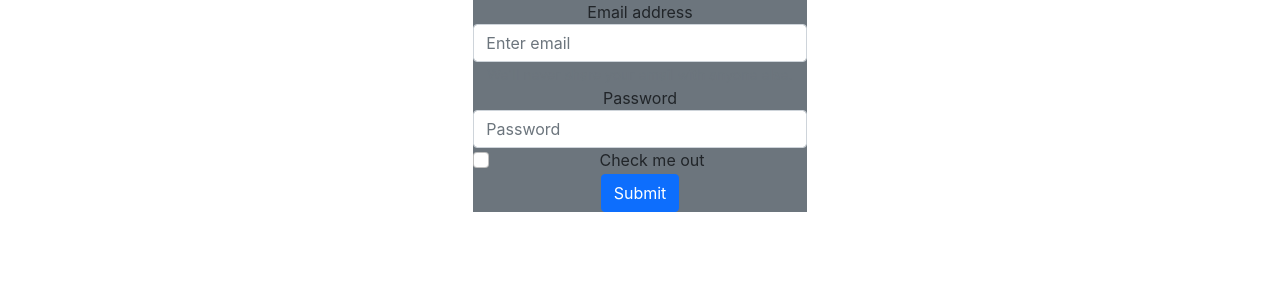
Repository: Osomhe1/bitmama2
Page: /
These files come from the project's save history. The page is drawn as it stood at one moment and after the next save; the edit follows.
The browser window is 1280 px wide. The pictures show the whole page.
The project was rebuilt for these pictures with package versions that can differ from the ones it lists, and the page was loaded fresh each time.

Above is the page before, as saved 2022-05-08 19:55:57.

### src/App.js
import './App.css';
import Login from './component/Login';

function App() {
  return (
    <div className="App">

      <Login />

    </div>
  );
}

export default App;

### src/App.css
.App {
  text-align: center;
  max-width: 1000px;
  margin: auto;
}

### src/component/Login.js
import React from 'react'

export default function Login() {
  return (
    <div className='col-sm-12 col-md-6 col-lg-4 m-5 m-auto bg-secondary'>
      <form>
        <div className='form-group'>
          <label for='exampleInputEmail1'>Email address</label>
          <input
            type='email'
            className='form-control'
            id='exampleInputEmail1'
            aria-describedby='emailHelp'
            placeholder='Enter email'
          />
          <small id='emailHelp' className='form-text text-muted'>
            We'll never share your email with anyone else.
          </small>
        </div>
        <div className='form-group'>
          <label for='exampleInputPassword1'>Password</label>
          <input
            type='password'
            className='form-control'
            id='exampleInputPassword1'
            placeholder='Password'
          />
        </div>
        <div className='form-check'>
          <input
            type='checkbox'
            className='form-check-input'
            id='exampleCheck1'
          />
          <label className='form-check-label' for='exampleCheck1'>
            Check me out
          </label>
        </div>
        <button type='submit' className='btn btn-primary'>
          Submit
        </button>
      </form>
    </div>
  )
}

Loaded but not shown: public/index.html (common file); src/index.js (common file); src/index.css (common file); src/reportWebVitals.js (common file)

After the next save:
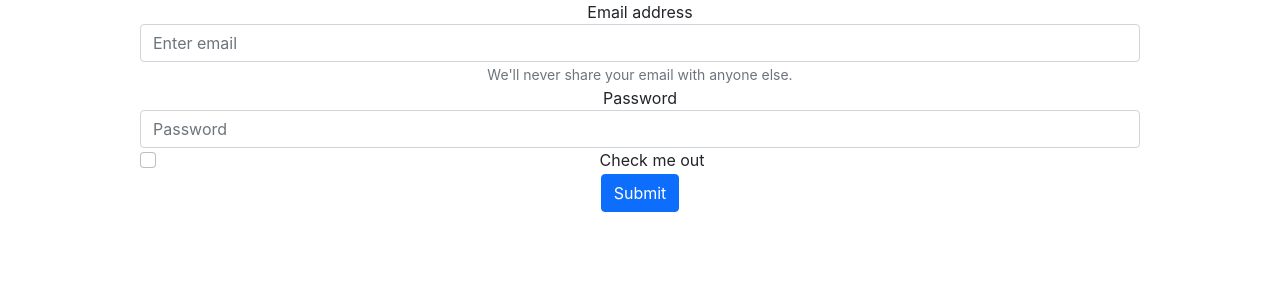
Saved 2 min 13 s later.
--- a/src/component/Login.js
+++ b/src/component/Login.js
@@ -2,7 +2,7 @@
 
 export default function Login() {
   return (
-    <div className='col-sm-12 col-md-6 col-lg-4 m-5 m-auto bg-secondary'>
+    <div >
       <form>
         <div className='form-group'>
           <label for='exampleInputEmail1'>Email address</label>

After the save that followed:
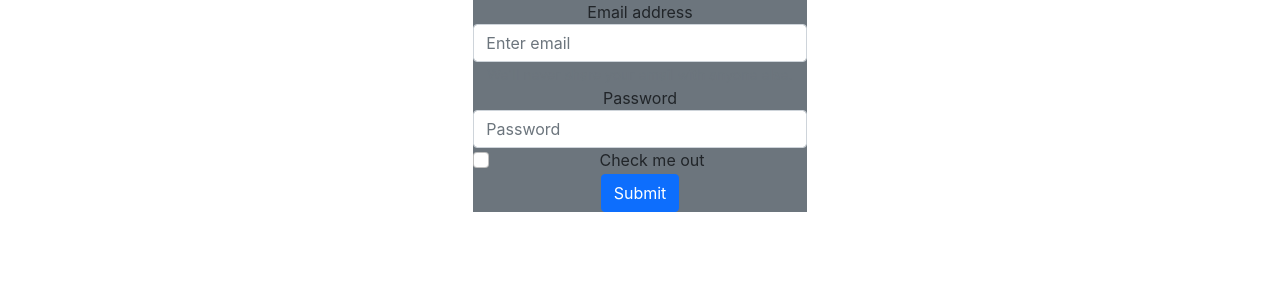
Saved 6 s later.
--- a/src/component/Login.js
+++ b/src/component/Login.js
@@ -2,8 +2,8 @@
 
 export default function Login() {
   return (
-    <div >
-      <form>
+    <div>
+      <form className='col-sm-12 col-md-6 col-lg-4 m-5 m-auto bg-secondary'>
         <div className='form-group'>
           <label for='exampleInputEmail1'>Email address</label>
           <input
